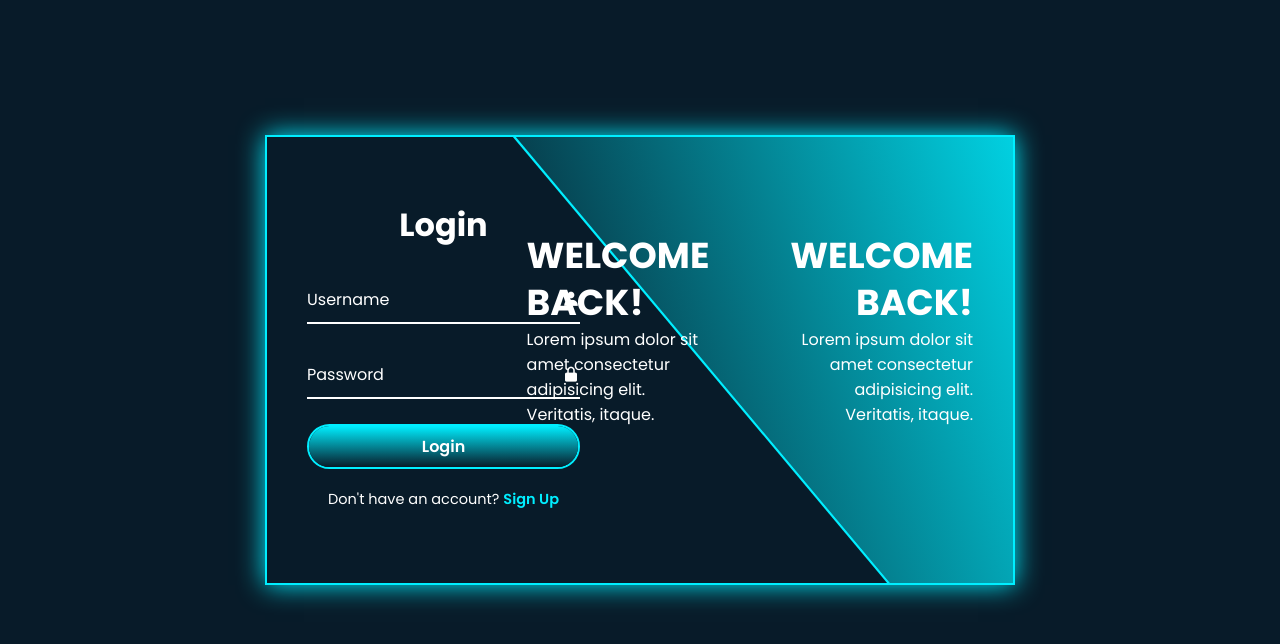
Repository: swastikjhacoder/Login-Registration-HTML
Page: index.html
The author's editor kept a copy of each file at every save. The page is drawn from the files as they stood at one save, then again after the next save.
The browser window is 1280 px wide. The pictures show the whole page.

Above is the page before, as saved 2023-09-18 18:58:33.

After the next save:
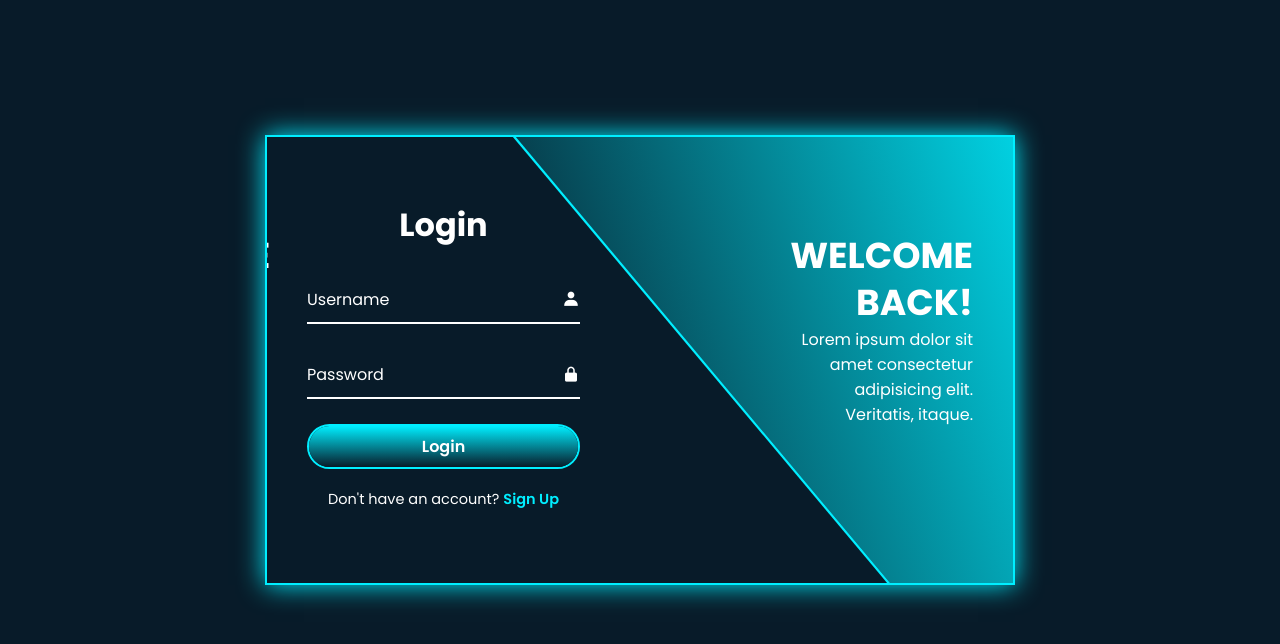
Saved 7 s later.
--- a/style.css
+++ b/style.css
@@ -214,7 +214,7 @@ body {
 }
 
 .wrapper .info-text.register .animation {
-    transform: translateX(120%);
+    transform: translateX(-120%);
 }
 
 .info-text h2 {
